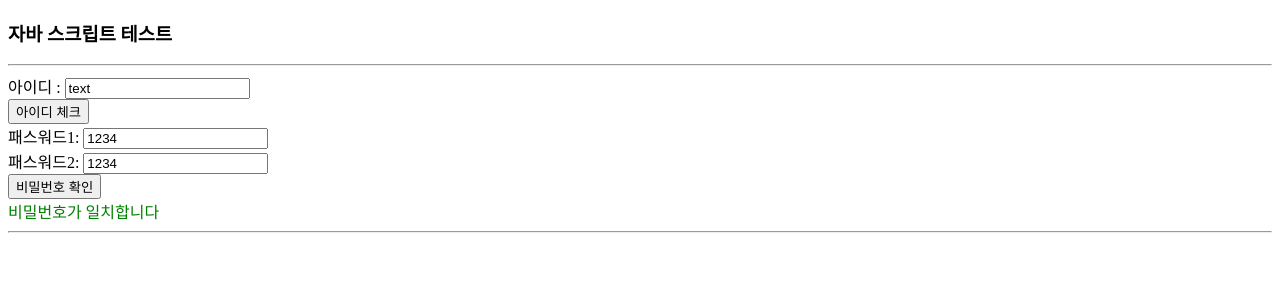
Repository: syshin0116/data2
Page: http://localhost/spring04/jsp2.jsp
The author's editor kept a copy of each file at every save. The page is drawn from the files as they stood at one save, then again after the next save.
The browser window is 1280 px wide. The pictures show the whole page.
After loading, the first visible `button[onclick="pwCheck()"]` was clicked once.
The page is served by Tomcat 9. Other server files are loaded and not shown.

Above is the page before, as saved 2022-02-17 02:24:56.

### spring04/src/main/webapp/jsp2.jsp
<%@ page language="java" contentType="text/html; charset=UTF-8"
    pageEncoding="UTF-8"%>

<!DOCTYPE html>
<html>
<head>
<meta charset="UTF-8">
<title>Insert title here</title>
<script type="text/javascript">
function idCheck(){
	//id에 입력한 값을 가지고 와서 글자수가 5 미만이면 다시 작성하세요. 메시지
	//Documemt document = new Document();
	//미리 객체를 생성해놨음. -> 내장된 객체
	//window:브라우저 전체
	//document: body태그 부분
	//console: 개발할대 확인하는 창 (f12)
	//location: 주소부분, location.href=""
	//history: 탐색 history
	idValue = document.getElementById("id").value;
	idCheckResult = document.getElementById("idCheckResult");
	if(idValue.length < 5){
		console.log("5미만입니다.");
		result = "5글자 미만입니다. 재입력해주세요";
		idCheckResult.style.color = "red";
		document.getElementById("id").value="";
		document.getElementById("id").focus();

	}else{
		result = "5글자 이상입니다. 유효합니다";
		idCheckResult.style.color = "green";
	}
	idCheckResult.innerHTML=result;
}
function pwCheck(){
	pwCheckResult = document.getElementById("pwCheckResult");
	if(document.getElementById("pw1").value == document.getElementById("pw2").value){
		result = "비밀번호가 일치합니다";
		pwCheckResult.style.color = "green";
	}else{
		result = "비밀번호가 불일치합니다";
		pwCheckResult.style.color = "red";
		document.getElementById("pw1").focus();
		document.getElementById("pw1").value="";
		document.getElementById("pw2").value="";
	}
	pwCheckResult.innerHTML=result;
}
</script>
</head>
<body>
<h3>자바 스크립트 테스트</h3>
<hr>
아이디 : <input name="id" id="id" value="text"><br>
<button onclick="idCheck()">아이디 체크</button><br>
<div id="idCheckResult"></div>
패스워드1: <input name="pw1" id="pw1" value="1234"><br>
패스워드2: <input name="pw2" id="pw2" value="1234"><br>
<button onclick="pwCheck()">비밀번호 확인</button>
<div id="pwCheckResult"></div>
<hr>

</body>
</html>

After the next save:
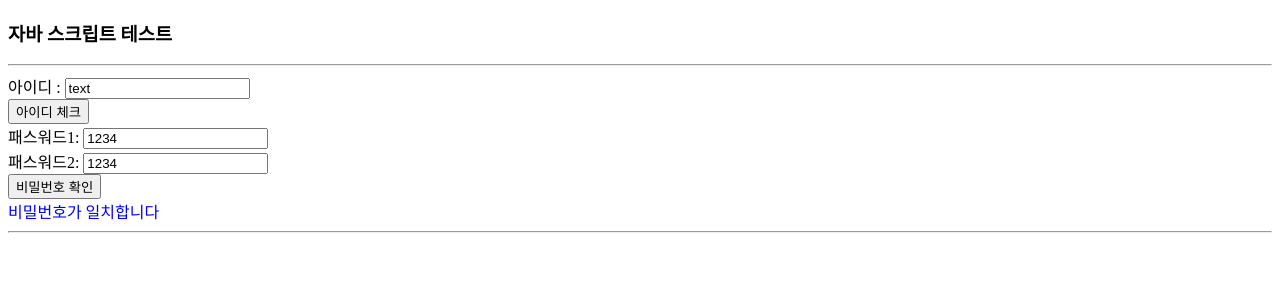
Saved 22 min 44 s later.
--- a/spring04/src/main/webapp/jsp2.jsp
+++ b/spring04/src/main/webapp/jsp2.jsp
@@ -35,13 +35,14 @@ function pwCheck(){
 	pwCheckResult = document.getElementById("pwCheckResult");
 	if(document.getElementById("pw1").value == document.getElementById("pw2").value){
 		result = "비밀번호가 일치합니다";
-		pwCheckResult.style.color = "green";
+		pwCheckResult.style.color = "blue";
 	}else{
 		result = "비밀번호가 불일치합니다";
 		pwCheckResult.style.color = "red";
 		document.getElementById("pw1").focus();
 		document.getElementById("pw1").value="";
 		document.getElementById("pw2").value="";
+
 	}
 	pwCheckResult.innerHTML=result;
 }
